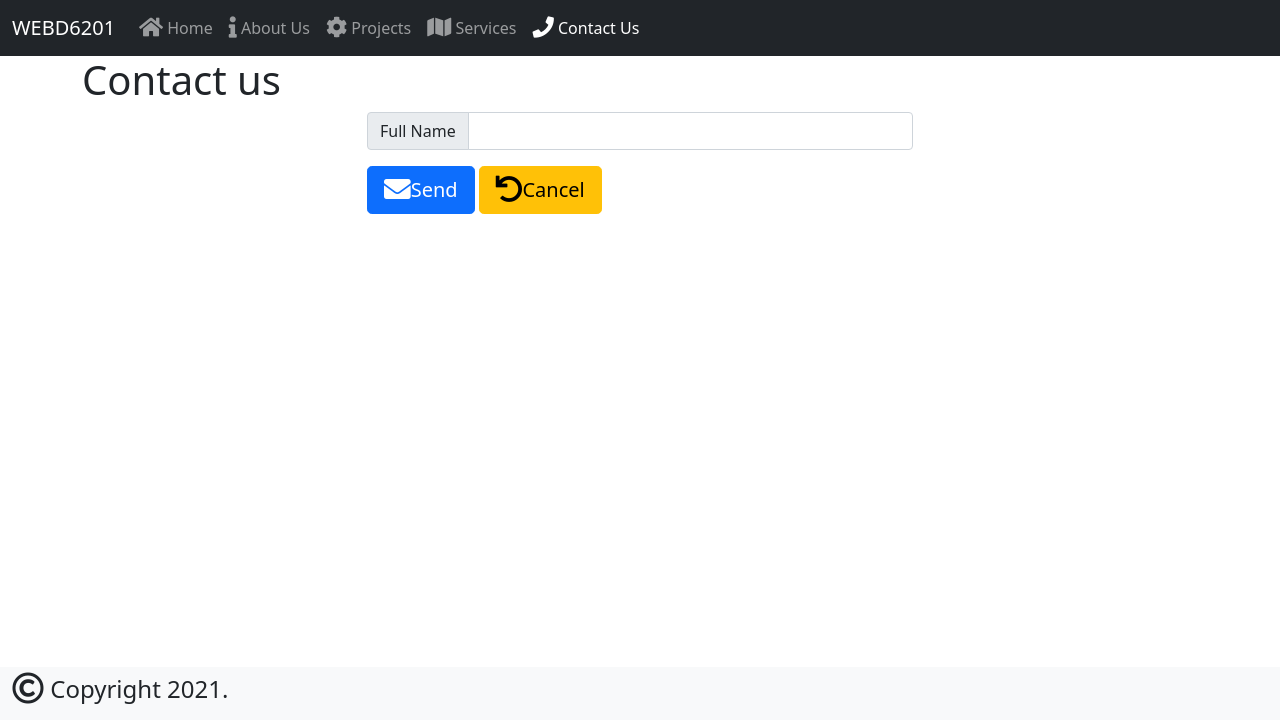
Repository: aphim/Webd6201-wk3
Page: contact.html
The author's editor kept a copy of each file at every save. The page is drawn from the files as they stood at one save, then again after the next save.
The browser window is 1280 px wide. The pictures show the whole page.

Above is the page before, as saved 2021-01-21 09:31:57.

After the next save:
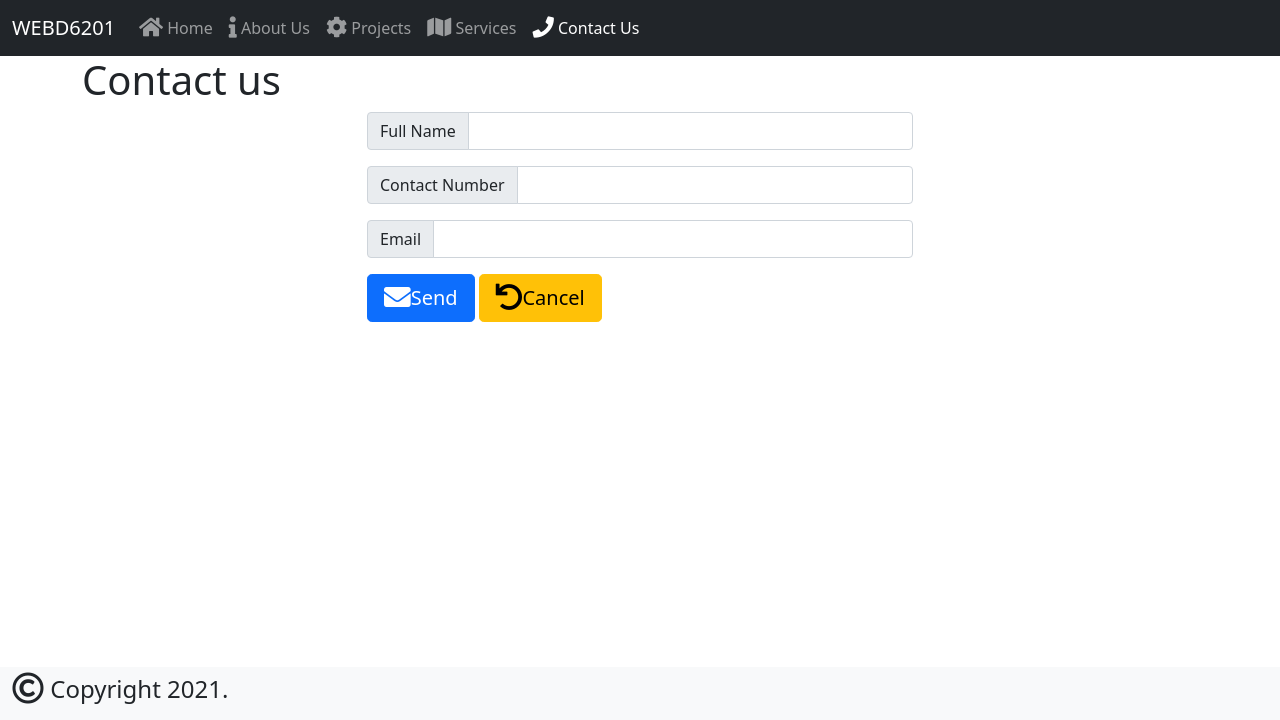
Saved 2 min 18 s later.
--- a/contact.html
+++ b/contact.html
@@ -59,6 +59,18 @@
       name="fullName" required>
     </div>
 
+    <div class="input-group mb-3">
+      <label class="input-group-text" id="inputGroup-sizing-defualt">Contact Number</label>
+      <input id="contactNumber" type="tel" class="form-control" id="Contact Number" aria-describedby="Contact Number Input"
+      name="contactNumber" required>
+    </div>
+
+    <div class="input-group mb-3">
+      <label class="input-group-text" id="inputGroup-sizing-defualt">Email</label>
+      <input id="emailAddress" type="email" class="form-control" id="Email Address" aria-describedby="Email Address Input"
+      name="emailAddress" required>
+    </div>
+
     <button type="submit" class="btn btn-primary btn-lg"><i class="fas fa-envelope fa-lg"></i>Send</button>
     <button type="reset" class="btn btn-warning btn-lg"><i class="fas fa-undo fa-lg"></i>Cancel</button>
   </form>
